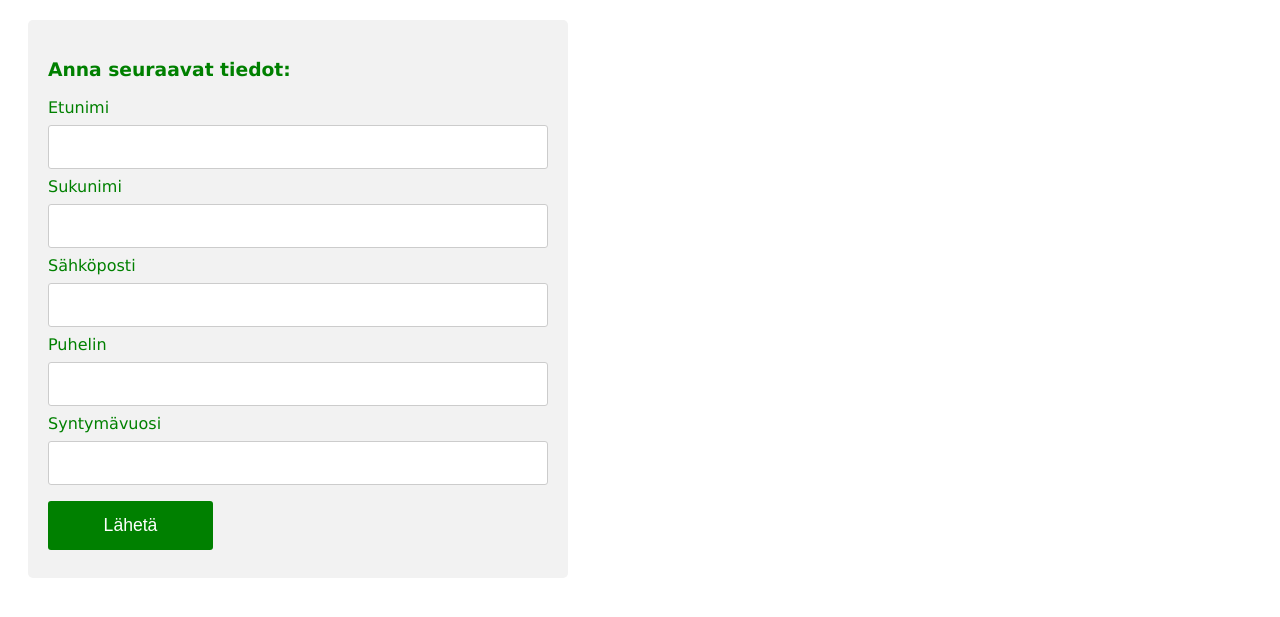
Repository: er-12/tehtava6
Page: http://localhost/t3/kysy.jsp
An editor plug-in stored every save of this project. The page is shown before and after the next save, followed by the edit.
The browser window is 1280 px wide. The pictures show the whole page.
The page is served by Tomcat 9.

Above is the page before, as saved 2021-04-17 11:41:37.

### t3/WebContent/kysy.jsp
<%@ page language="java" contentType="text/html; charset=UTF-8"
    pageEncoding="UTF-8"%>
<!DOCTYPE html>
<html>
<style>
input[type=text] {
  width: 100%;
  padding: 12px 20px;
  margin: 8px 0;
  display: inline-block;
  border: 1px solid #ccc;
  border-radius: 3px;
  box-sizing: border-box;
  font-size: 100%;
}
label {
  color: green;
}
input[type=submit] {
  width: 33%;
  text-align: center;
  background-color: green;
  color: white;
  padding: 14px 20px;
  margin: 8px 0;
  border: none;
  border-radius: 3px;
  font-size: 110%;
}
div {
  border-radius: 5px;
  background-color: #f2f2f2;
  padding: 20px;
  width: 500px;
  font-family: Verdana;
  margin: 20px;
}
h3 {
  color: green;
}
</style>
<head>
<meta charset="UTF-8">
<title>Insert title here</title>
</head>
<body>
<div>
<h3>Anna seuraavat tiedot:</h3>
<form action="nayta.jsp" method="POST">
	<label for="etunimi">Etunimi</label><br>
	<input type="text" name="etunimi"><br>
	<label for="sukunimi">Sukunimi</label><br>
	<input type="text" name="sukunimi"><br>
	<label for="sposti">Sähköposti</label><br>
	<input type="text" name="sposti"><br>
	<label for="puhelin">Puhelin</label><br>
	<input type="text" name="puhelin"><br>
	<label for="vuosi">Syntymävuosi</label><br>
	<input type="text" name="vuosi"><br>
	<input type="submit" value="Lähetä">
</form>
</div>
</body>
</html>
<!-- 2)	Tee sivulle kysy.jsp lomake, jossa pyydät käyttäjltä seuraavat tiedot:
a.	Etunimi
b.	Sukunimi
c.	Sähköposti
d.	Puhelin
e.	Syntymävuosi
 -->

After the next save:
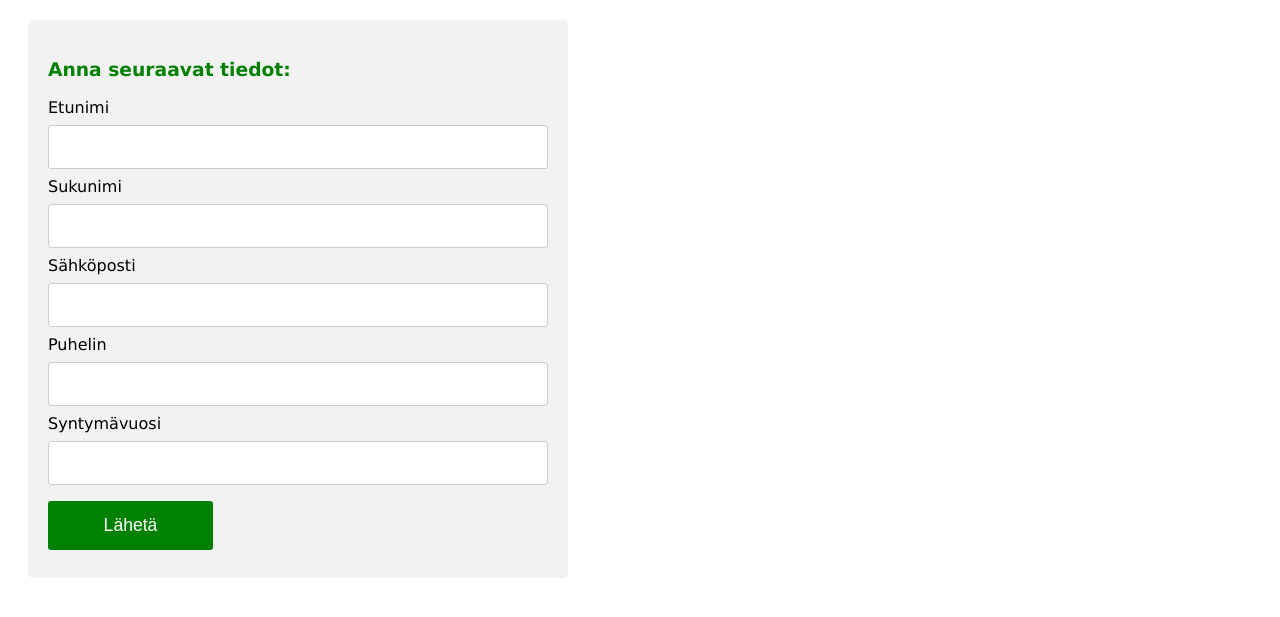
Saved 27 s later.
--- a/t3/WebContent/kysy.jsp
+++ b/t3/WebContent/kysy.jsp
@@ -13,9 +13,7 @@
   box-sizing: border-box;
   font-size: 100%;
 }
-label {
-  color: green;
-}
+
 input[type=submit] {
   width: 33%;
   text-align: center;
